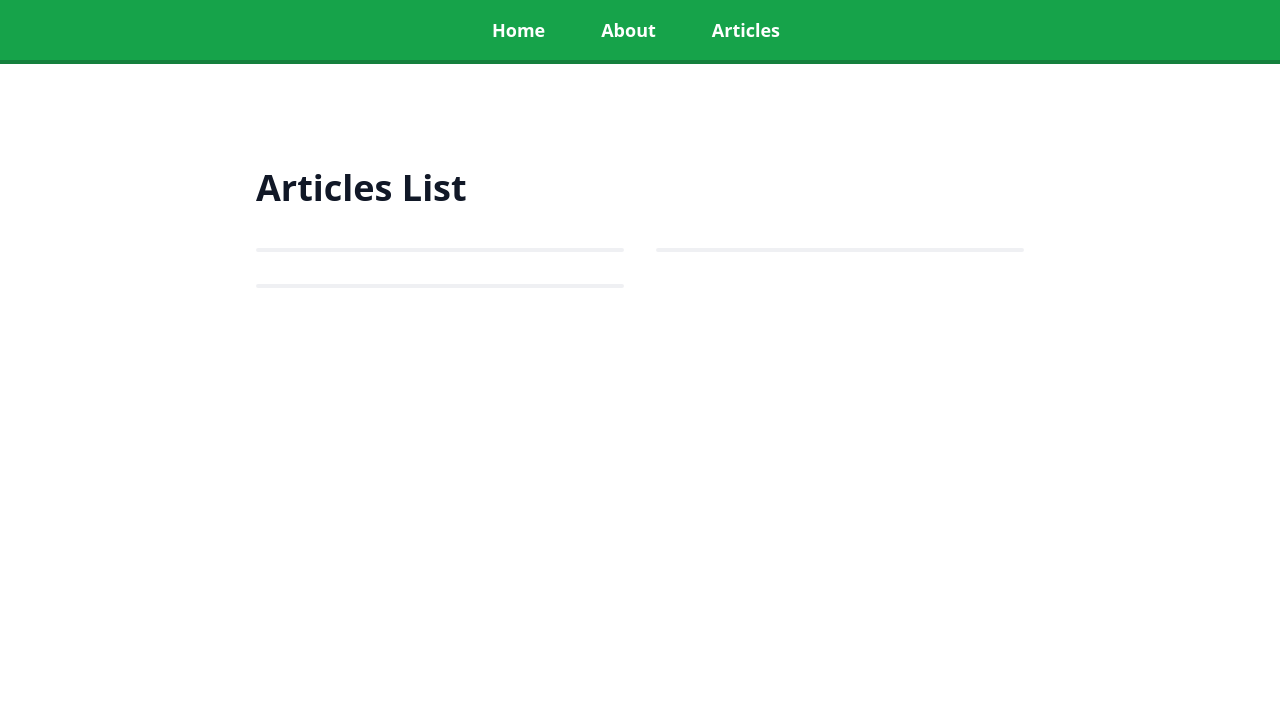
Repository: wenxi0504/BLOG
Page: /articles-list (app in client/)
The author's editor kept a copy of each file at every save. The page is drawn from the files as they stood at one save, then again after the next save.
The browser window is 1280 px wide. The pictures show the whole page.
Pictures or frames that could not be fetched are drawn as grey boxes. The project was rebuilt for these pictures with package versions that can differ from the ones it lists, and the page was loaded fresh each time. Also part of the build but not shown: client/src/pages/Home.js, client/src/pages/About.js, client/src/pages/Article.js.

Above is the page before, as saved 2022-09-08 14:24:54.

After the next save:
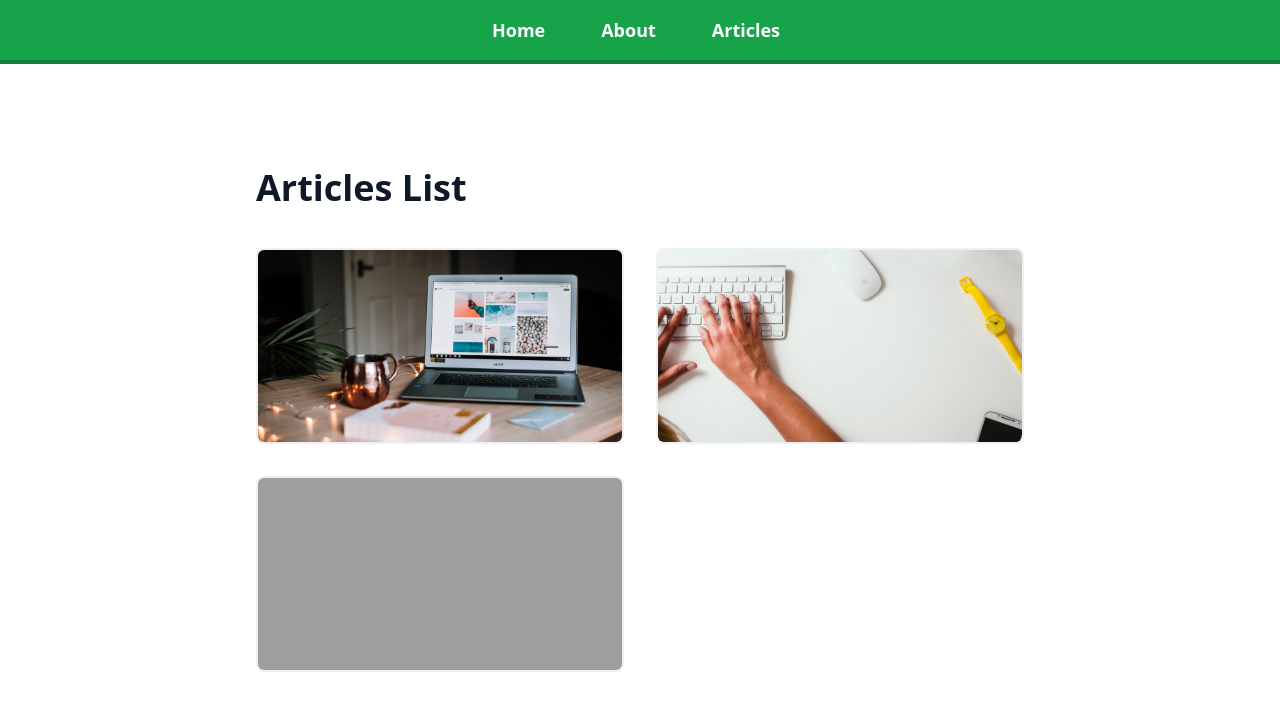
Saved 2 min 58 s later.
--- a/client/src/pages/ArticlesList.js
+++ b/client/src/pages/ArticlesList.js
@@ -11,7 +11,9 @@ const ArticlesList = () => {
                   {articleContent.map((article, index) => (
                       <div key={index} className="p-4 md:w-1/2">
                           <div className="h-full border-2 border-gray-200 border-opacity-60 rounded-lg overflow-hidden">
-                              <Link></Link>
+                              <Link to={`/article/${article.name}`}>
+                                  <img className='lg:h-48 md:h-36 w-full object-cover object-center' src={ article.thumbnail} alt="blog"/>
+                              </Link>
                           </div>
                       </div>
                   ))}
